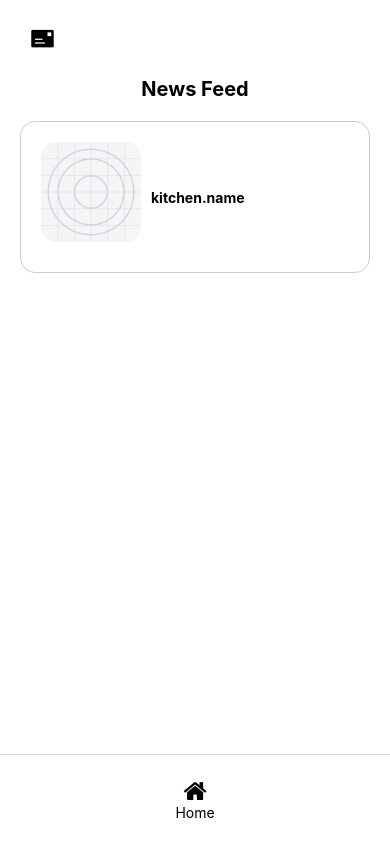
Repository: abdelrahman264/Via-Drive-Thru-Task
Screen: /
An editor plug-in stored every save of this project. The screen is shown before and after the next save, followed by the edit.
The page's requests for data from a server got no answer. The app was drawn by React Native's web renderer in a window 390 px wide. The project was rebuilt for these pictures with package versions that can differ from the ones it lists, and the page was loaded fresh each time. No one was signed in, and anything a server would have sent is missing.

Above is the screen before, as saved 2022-05-12 14:18:18.

After the next save:
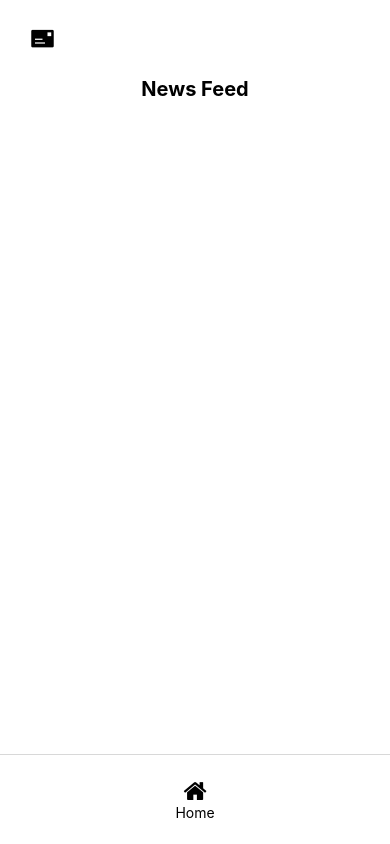
Saved 2 min 10 s later.
--- a/screens/HomeScreen.js
+++ b/screens/HomeScreen.js
@@ -75,6 +75,11 @@ const HomeScreen = () => {
           />
         }
       >
+        {/* {isSuccess &&
+                data?.pages?.map((group, i) => {
+                  return (
+                    <View>
+                      {group?.data?.kitchens?.data?.map((kitchen) => (
         <View>
           <TouchableOpacity activeOpacity={1} style={{ padding: 20 }}>
             <View style={styles.cardInfo}>
@@ -100,6 +105,10 @@ const HomeScreen = () => {
             </View>
           </TouchableOpacity>
         </View>
+        ))}
+                    </View>
+                  );
+                })} */}
       </ScrollView>
     </SafeAreaView>
   );
